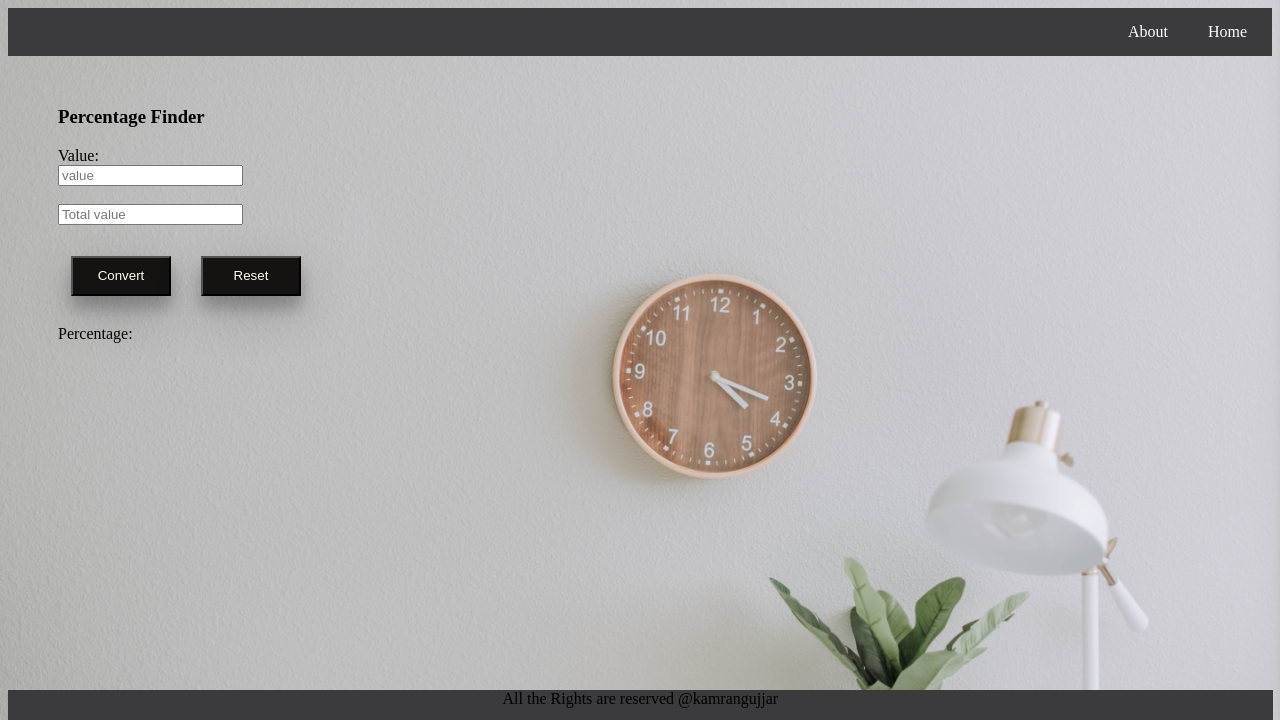
Repository: Kamrangujjar85112/Length-Converter
Page: html/percentage.html
These files come from the project's save history. The page is drawn as it stood at one moment and after the next save; the edit follows.
The browser window is 1280 px wide. The pictures show the whole page.

Above is the page before, as saved 2022-01-21 10:32:29.

After the next save:
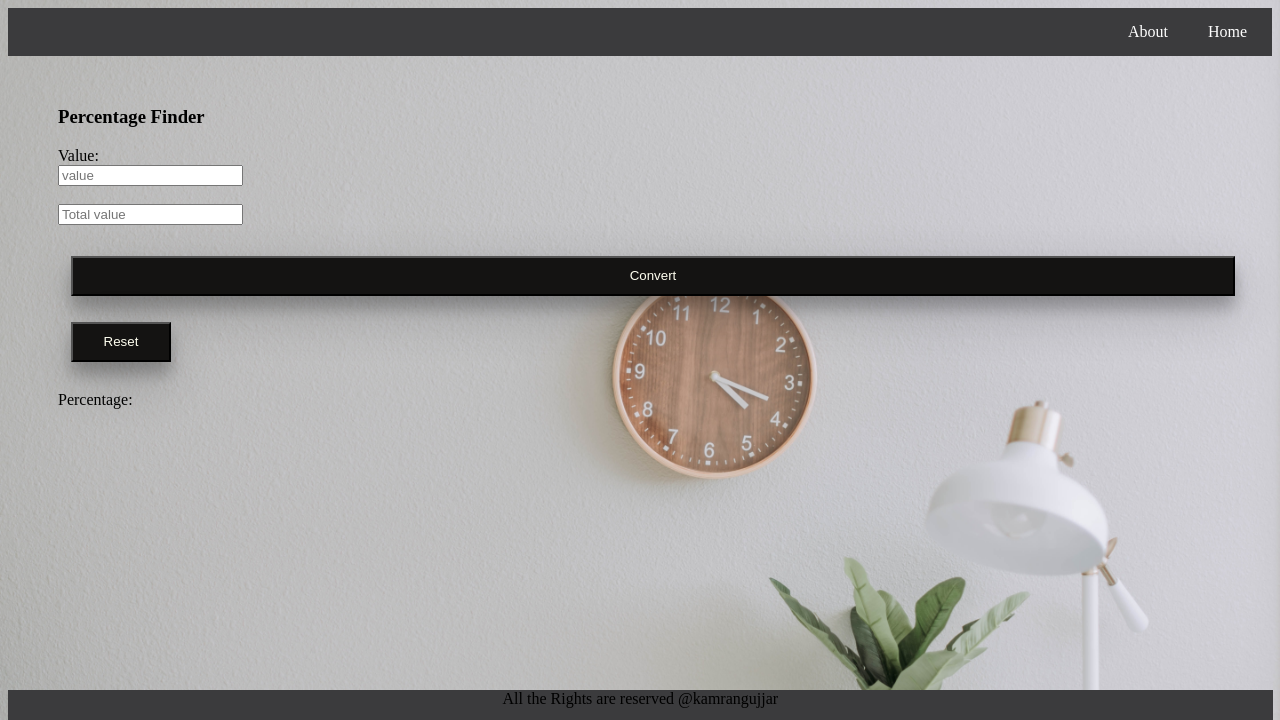
Console error: TypeError: Cannot read properties of null (reading 'addEventListener')
Saved 2 min 42 s later.
--- a/html/percentage.html
+++ b/html/percentage.html
@@ -22,9 +22,9 @@
             <h3>Percentage Finder</h3>
 
             <label>Value:</label><br>
-            <input type="number" id="percentage" placeholder="value" value=""><br><br>
-            <input type="number" id="percentage" placeholder="Total value" value=""><br><br>
-            <button id="convert">Convert</button>
+            <input type="number" id="firstValue" placeholder="value" value=""><br><br>
+            <input type="number" id="secondValue" placeholder="Total value" value=""><br><br>
+            <button id="percent">Convert</button>
             <input type="reset" value="Reset" id="reset"><br>
             <p>Percentage: <span id="percent"></span></p>
 

After the 4 saves that followed:
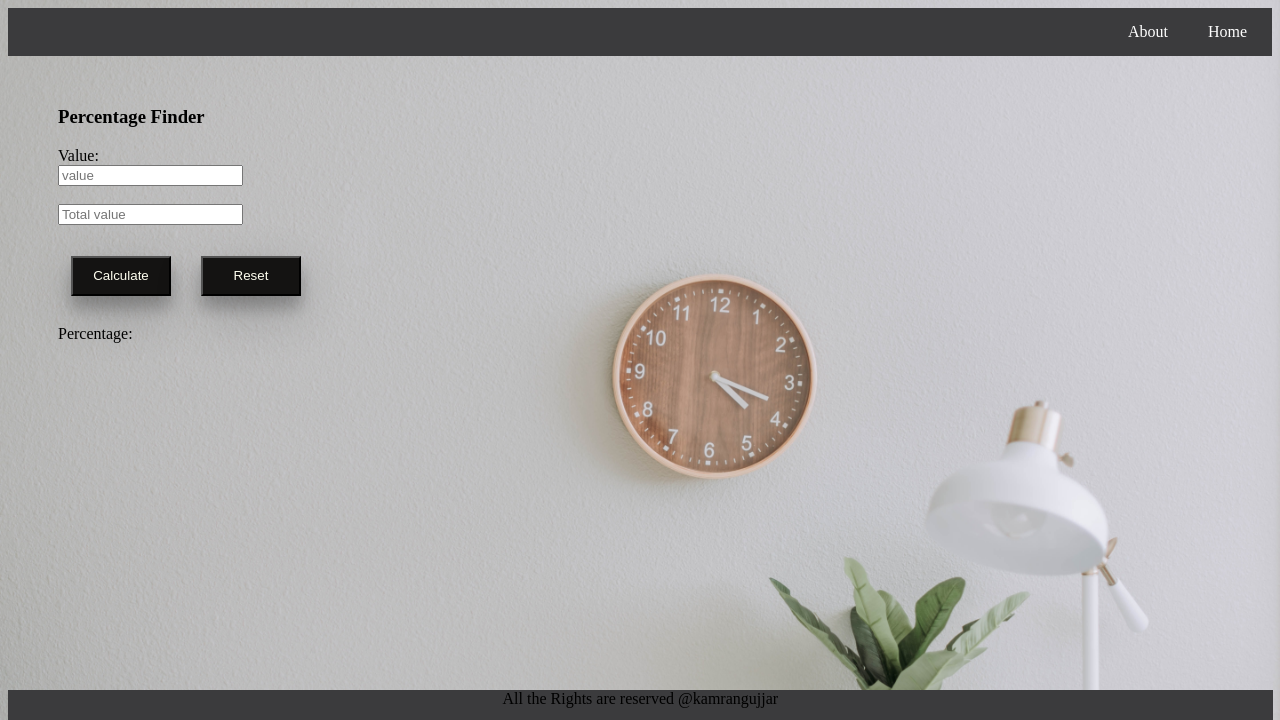
The error is gone.
The 4 saves are shown as one change because 3 left the picture as it was.
The last was saved 6 min 2 s later.
--- a/html/percentage.html
+++ b/html/percentage.html
@@ -24,9 +24,9 @@
             <label>Value:</label><br>
             <input type="number" id="firstValue" placeholder="value" value=""><br><br>
             <input type="number" id="secondValue" placeholder="Total value" value=""><br><br>
-            <button id="percent">Convert</button>
+            <button id="convert">Calculate</button>
             <input type="reset" value="Reset" id="reset"><br>
-            <p>Percentage: <span id="percent"></span></p>
+            <p>Percentage: <span id="p"></span></p>
 
     </div>
             <footer class="footer">
--- a/js/converter.js
+++ b/js/converter.js
@@ -45,9 +45,9 @@ convert.addEventListener('click', function converter(){
 // percentage
 convert.addEventListener('click', function converter(){
     const fValue = inputFValue.value;
-    const sValue = inputSValue.value;
-    const p = fValue / sValue * 100;
-    document.getElementById('firstValue').innerHTML = 'The Percentage of' +fValue.value +' is ' +p ;
+    const sValue = 100 / inputSValue.value;
+    const p = fValue * sValue;
+    document.getElementById('percent').innerHTML = 'The Percentage of' +fValue.value +' is ' +p ;
 });
 
 // // reset
@@ -83,6 +83,6 @@ reset.addEventListener('click', function reset(){
 });
 // percentage
 reset.addEventListener('click', function reset(){
-    document.getElementById('percentage').value = "";
+    document.getElementById('').value = "";
     document.getElementById('percent').innerHTML = "";
 });
